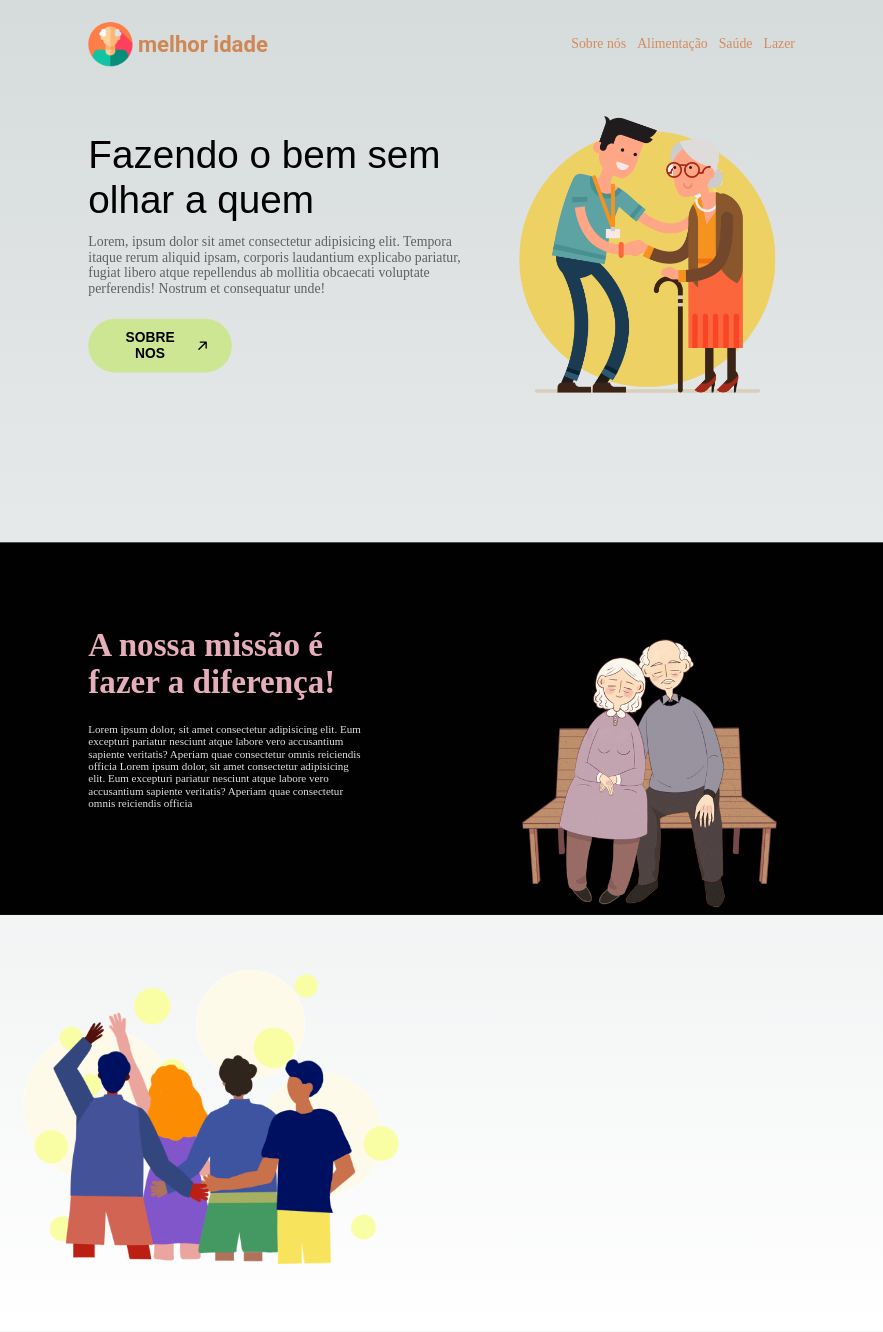
Repository: Giopol12/melhor-idade-online
Page: /home
The author's editor kept a copy of each file at every save. The page is drawn from the files as they stood at one save, then again after the next save.
The browser window is 1280 px wide. The pictures show the whole page, at 69% of full size.
The project was rebuilt for these pictures with package versions that can differ from the ones it lists, and the page was loaded fresh each time. The framework's server and built-in components were replaced by stand-ins that run in the browser. Also part of the build but not shown: next.config.js.

Above is the page before, as saved 2023-11-21 11:05:52.

### src/pages/home/index.tsx
import { Header } from '@/components/Header'
import { Container } from './styles'
import { HomeMain } from './HomeMain'

import { OurMission } from '@/components/OurMission'
import { AboutUs } from '@/components/AboutUs'
export default function Home() {
  return (
    <Container>
      <Header />
      <HomeMain />
      <OurMission />
      <AboutUs />
    </Container>
  )
}

### src/components/Header/index.tsx
import Image from 'next/image'
import { HeaderContainer, LogoContainer, NavContainer } from './styles'

import logo2 from '../../../assets/logo2.png'
import Link from 'next/link'

export function Header() {
  return (
    <HeaderContainer>
      <LogoContainer href="/">
        <Image src={logo2} width={64} alt="logo" quality={100} />
        <strong>melhor idade</strong>
      </LogoContainer>

      <NavContainer>
        <Link href={'/nutrition'}>Sobre nós</Link>
        <Link href="/">Alimentação</Link>
        <Link href="/">Saúde</Link>
        <Link href="/">Lazer</Link>
      </NavContainer>
    </HeaderContainer>
  )
}

### src/pages/home/styles.ts
import { styled } from '@/styles'

export const Container = styled('div', {
  maxWidth: '1440px',
  margin: '0 auto',
})

### src/pages/home/HomeMain/index.tsx
import Image from 'next/image'
import { ContentContainer, HomeMainContainer } from './styles'

import mainImg from '../../../../assets/main-image.png'
import { ArrowUpRight } from '@phosphor-icons/react'

export function HomeMain() {
  return (
    <HomeMainContainer>
      <ContentContainer>
        <h1>Fazendo o bem sem olhar a quem</h1>
        <p>
          Lorem, ipsum dolor sit amet consectetur adipisicing elit. Tempora
          itaque rerum aliquid ipsam, corporis laudantium explicabo pariatur,
          fugiat libero atque repellendus ab mollitia obcaecati voluptate
          perferendis! Nostrum et consequatur unde!
        </p>
        <button>
          <span>SOBRE NOS</span>
          <ArrowUpRight size={22} weight="bold" />
        </button>
      </ContentContainer>
      <Image src={mainImg} width={450} alt="" />
    </HomeMainContainer>
  )
}

### src/components/OurMission/index.tsx
import {
  OurMissionContainer,
  OurMissionContentContainer,
  OurMissionTitleAndDescriptionContainer,
} from './styles'
import Image from 'next/image'
import img from '@/../assets/our-mission-img.png'

export function OurMission() {
  return (
    <OurMissionContainer>
      <OurMissionContentContainer>
        <OurMissionTitleAndDescriptionContainer>
          <h1>A nossa missão é fazer a diferença!</h1>
          <p>
            Lorem ipsum dolor, sit amet consectetur adipisicing elit. Eum
            excepturi pariatur nesciunt atque labore vero accusantium sapiente
            veritatis? Aperiam quae consectetur omnis reiciendis officia Lorem
            ipsum dolor, sit amet consectetur adipisicing elit. Eum excepturi
            pariatur nesciunt atque labore vero accusantium sapiente veritatis?
            Aperiam quae consectetur omnis reiciendis officia
          </p>
        </OurMissionTitleAndDescriptionContainer>
        <Image src={img} height={420} quality={100} alt="" />
      </OurMissionContentContainer>
    </OurMissionContainer>
  )
}

### src/components/AboutUs/index.tsx
import { AboutUsContainer } from './styles'

import Image from 'next/image'
import youngPeople from '@/../assets/young-people.png'
export function AboutUs() {
  return (
    <AboutUsContainer>
      <Image src={youngPeople} width={600} alt="" />
    </AboutUsContainer>
  )
}

### src/components/Header/styles.ts
import { styled } from '@/styles'
import Link from 'next/link'

export const HeaderContainer = styled('header', {
  maxWidth: 1024,
  margin: '2rem auto',
  display: 'flex',
  justifyContent: 'space-between',
  alignItems: 'center',
})
export const LogoContainer = styled(Link, {
  fontFamily: 'Roboto, sans-serif',
  display: 'flex',
  alignItems: 'center',
  gap: '0.5rem',
  fontWeight: 900,
  fontSize: '2rem',
  textDecoration: 'none',
  color: '$beije500',
})
export const NavContainer = styled('div', {
  display: 'flex',
  gap: '1rem',
  a: {
    textDecoration: 'none',
    color: '$beije400',
    fontSize: '$lg',
    borderBottom: '3px solid transparent',
    '&:hover': {
      borderBottom: '3px solid $beije500',
    },
  },
})

### src/styles/index.ts
import { createStitches } from '@stitches/react'
export const {
  config,
  createTheme,
  css,
  getCssText,
  globalCss,
  keyframes,
  prefix,
  reset,
  styled,
  theme,
} = createStitches({
  theme: {
    colors: {
      white: '#FFF',

      beije100: '#FFFBF4',
      beije400: '#D18D5E',
      beije500: '#CE8755',
      gray500: '#61605F',
      gray700: '#21201F',
      gray900: '#010101',
      green100: '#CDE693',
    },

    fontSizes: {
      md: '1.125rem',
      lg: '1.25rem',
      xl: '1.5rem',
      '2xl': '2rem',
    },
  },
})

### src/pages/home/HomeMain/styles.ts
import { styled } from '@/styles'

export const HomeMainContainer = styled('main', {
  maxWidth: 1024,
  margin: '3rem auto',
  display: 'flex',
  justifyContent: 'space-between',
})
export const ContentContainer = styled('div', {
  marginTop: '3rem',
  display: 'flex',
  flexDirection: 'column',

  flex: 1,
  gap: '1rem',
  paddingRight: '1.5rem',
  h1: {
    fontSize: '3.5rem',
    color: '$gray900',
    fontFamily: 'Lobster, sans-serif;',
    fontWeight: '400',
  },
  p: {
    fontSize: '$lg',
    color: '$gray500',
  },
  button: {
    marginTop: '1rem',
    display: 'flex',
    justifyContent: 'center',
    gap: '0.5rem',
    alignItems: 'center',
    boxSizing: 'initial',
    fontWeight: 'bold',
    width: '9rem',
    fontSize: '$lg',
    background: '$green100',
    border: 0,
    borderRadius: '9999px',
    padding: '1rem 2rem',
    '&:hover': {
      filter: 'brightness(0.8)',
      cursor: 'pointer',
    },
  },
})

### src/components/OurMission/styles.ts
import { styled } from '@/styles'

export const OurMissionContainer = styled('div', {
  margin: '12rem auto 0',
  background: '$gray900',
})
export const OurMissionContentContainer = styled('div', {
  maxWidth: 1024,
  paddingTop: '7.5rem',
  margin: '0 auto',

  display: 'flex',
  justifyContent: 'space-between',
})
export const OurMissionTitleAndDescriptionContainer = styled('div', {
  display: 'flex',
  flexDirection: 'column',
  gap: '2rem',
  maxWidth: '25rem',
  h1: {
    color: '#E5AEBA',
    fontSize: '3rem',
  },
  p: {
    color: '#E1E1DF',
  },
})

### src/components/AboutUs/styles.ts
import { styled } from '@/styles'

export const AboutUsContainer = styled('div', {})

Loaded but not shown: src/pages/_app.tsx (common file); src/pages/_document.tsx (common file); src/styles/globals.css (common file)

After the next save:
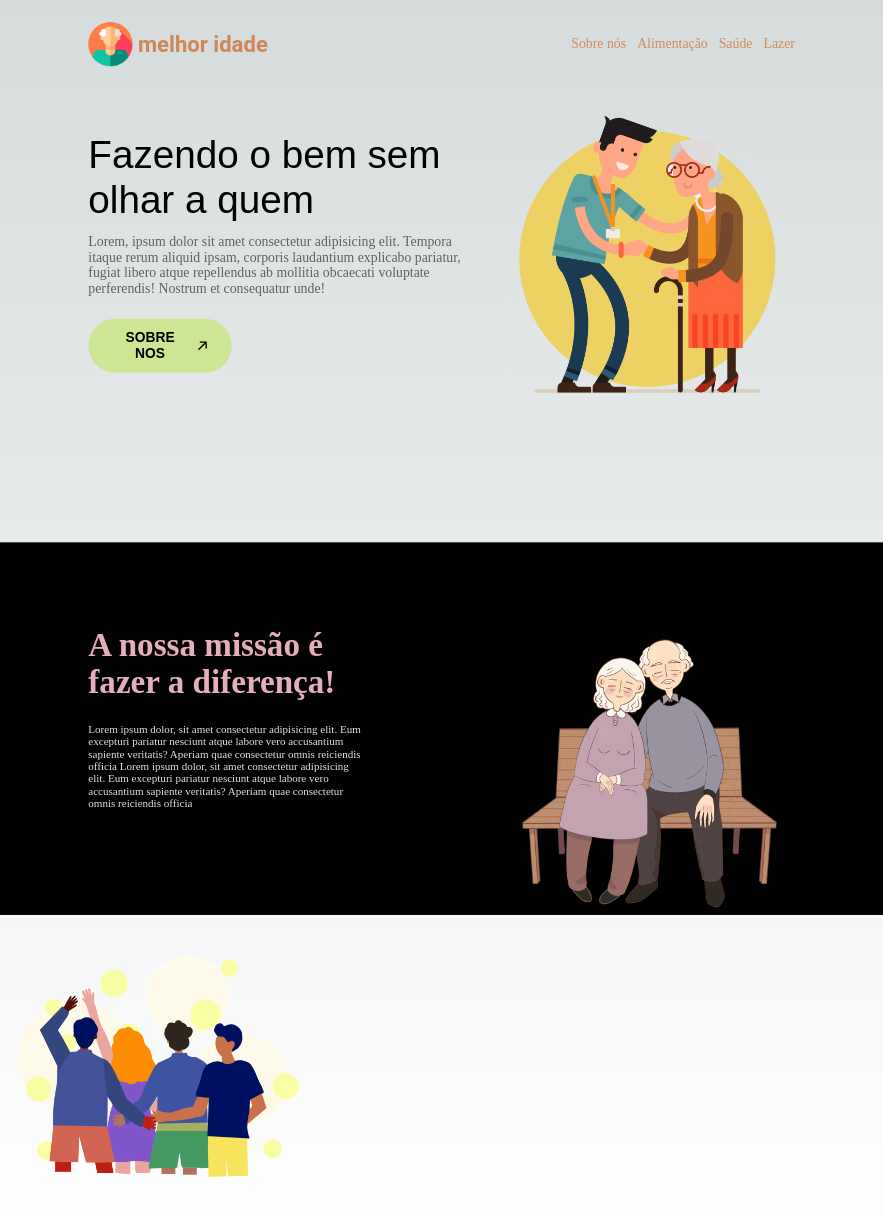
Saved 24 s later.
--- a/src/components/AboutUs/index.tsx
+++ b/src/components/AboutUs/index.tsx
@@ -5,7 +5,7 @@
 export function AboutUs() {
   return (
     <AboutUsContainer>
-      <Image src={youngPeople} width={600} alt="" />
+      <Image src={youngPeople} width={450} alt="" />
     </AboutUsContainer>
   )
 }

After the save that followed:
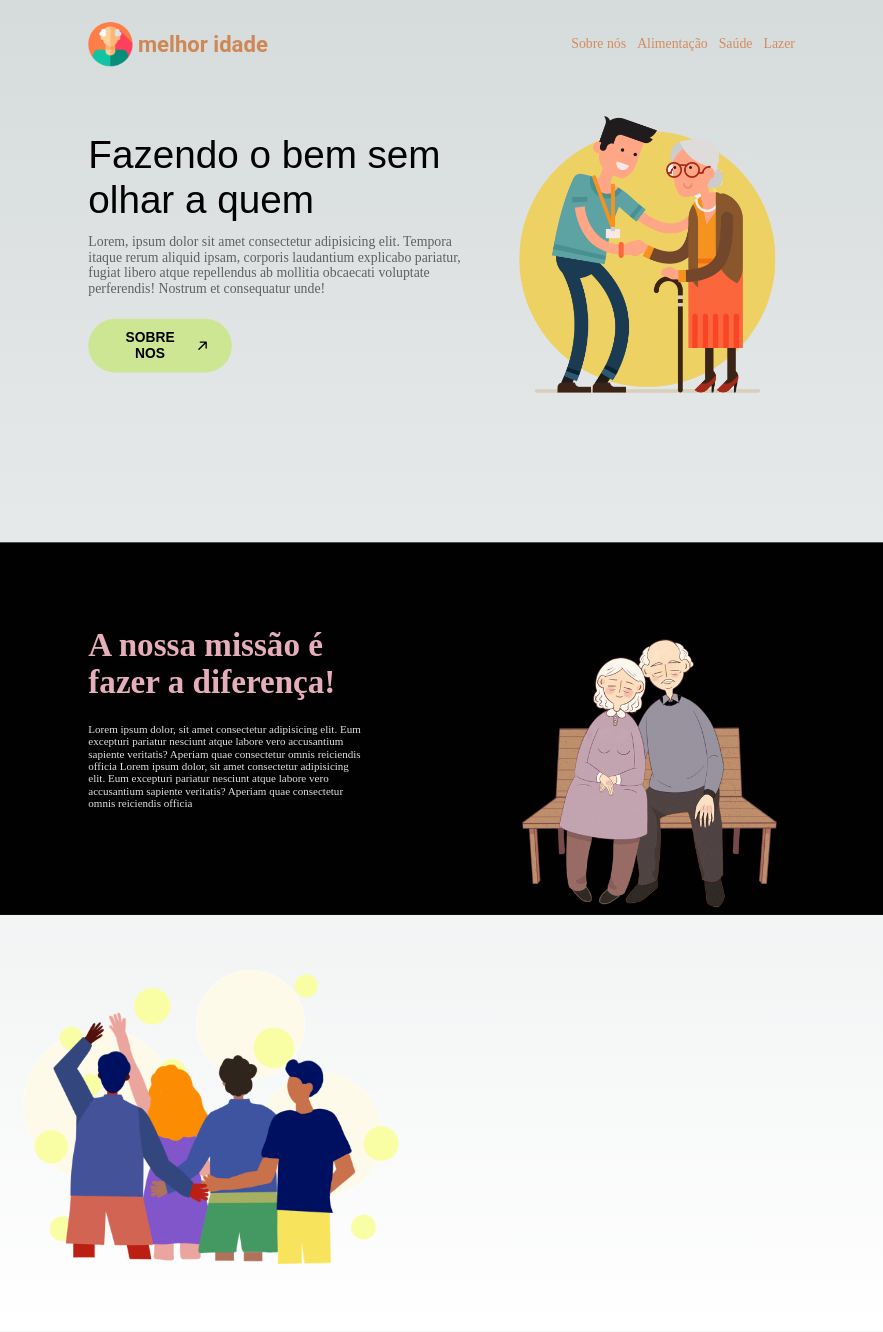
Saved 13 s later.
--- a/src/components/AboutUs/index.tsx
+++ b/src/components/AboutUs/index.tsx
@@ -5,7 +5,7 @@
 export function AboutUs() {
   return (
     <AboutUsContainer>
-      <Image src={youngPeople} width={450} alt="" />
+      <Image src={youngPeople} width={600} alt="" />
     </AboutUsContainer>
   )
 }
